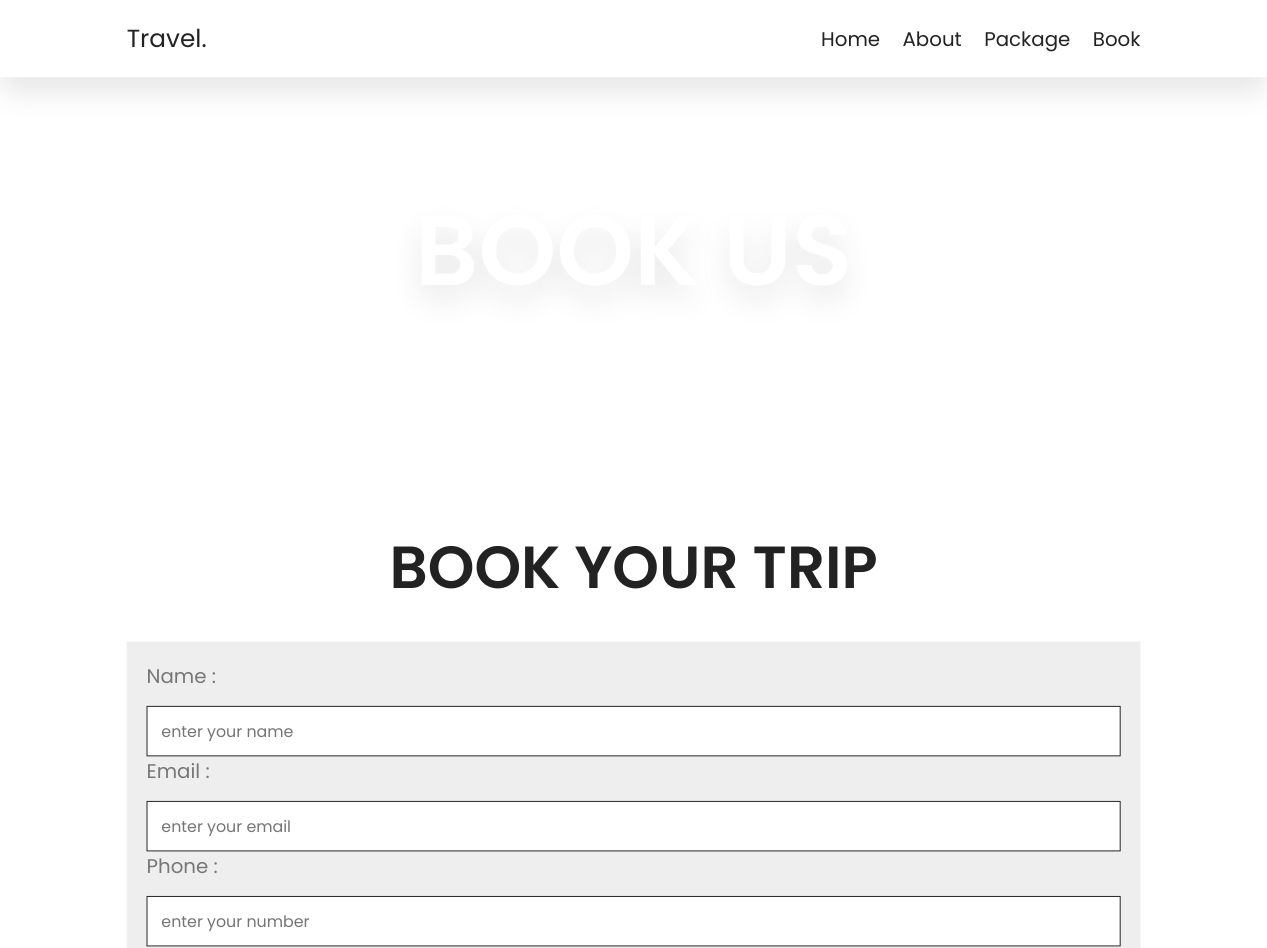
Repository: CTCuong/Traveloka-Web
Page: assets/book.html
The author's editor kept a copy of each file at every save. The page is drawn from the files as they stood at one save, then again after the next save.
The browser window is 1280 px wide. The pictures show the part of the page from y = 0 to 958 px (the page is 2212 px tall before and 1604 px after), at 99% of full size.
Pictures or frames that could not be fetched are drawn as grey boxes. Backgrounds fixed to the window are drawn as part of the page.

Above is the page before, as saved 2023-07-08 16:01:12.
Console error: TypeError: Cannot set properties of null (setting 'onclick')

### assets/book.html
<!DOCTYPE html>
<html lang="en">
<head>
    <meta charset="UTF-8">
    <meta name="viewport" content="width=device-width, initial-scale=1.0">
    <title>Book</title>
    <!--swiper css-->
    <link rel="stylesheet"href="https://cdn.jsdelivr.net/npm/swiper@9/swiper-bundle.min.css"/>
    <!--font awesome link-->
    <link rel="stylesheet" href="https://cdnjs.cloudflare.com/ajax/libs/font-awesome/6.4.0/css/all.min.css">
    <!-- css file link -->
    <link rel="stylesheet" href="/assets/css/style.css">
</head>
<body>
    <!-- header section starts -->
    <section class="header">
        <a href="home.html" class="logo">travel.</a>

        <nav class="navbar">
            <a href="home.html">Home</a>
            <a href="about.html">About</a>
            <a href="package.html">Package</a>
            <a href="book.html">Book</a>

        </nav>

        <div id="menu-btn" class="fas fa-bars"></div>
    </section>
    <!-- header section ends -->

    <div class="heading" style="background: url() no-repeat;">
        <h1>book us</h1>
    </div>

    <!--book section starts-->

    <section class="booking">

        <h1 class="heading-title">book your trip</h1>

        <form action="book_form.html" method="post" class="book-form">

            <div class="flex">
                <div class="inputBox">
                    <span>name :</span>
                    <input type="text" placeholder="enter your name" name="name">
                </div>
            </div>

            <div class="flex">
                <div class="inputBox">
                    <span>email :</span>
                    <input type="email" placeholder="enter your email" name="email">
                </div>
            </div>

            <div class="flex">
                <div class="inputBox">
                    <span>phone :</span>
                    <input type="number" placeholder="enter your number" name="number">
                </div>
            </div>

            <div class="flex">
                <div class="inputBox">
                    <span>address :</span>
                    <input type="text" placeholder="enter your address" name="address">
                </div>
            </div>

            <div class="flex">
                <div class="inputBox">
                    <span>where to :</span>
                    <input type="text" placeholder="place you want to visit" name="location">
                </div>
            </div>

            <div class="flex">
                <div class="inputBox">
                    <span>how many :</span>
                    <input type="number" placeholder="number of guests" name="guests">
                </div>
            </div>

            <div class="flex">
                <div class="inputBox">
                    <span>arrivals :</span>
                    <input type="date" name="arrivals">
                </div>
            </div>

            <div class="flex">
                <div class="inputBox">
                    <span>leaving :</span>
                    <input type="date" name="leaving">
                </div>
            </div>

            <input type="submit" value="submit" class="btn" name ="send">
        </form>
    </section>
    <!--book section ends-->


    <!-- footer section starts -->

    <section class="footer">
        <div class="box-container">

            <div class="box">
                <h3>quick links</h3>
                <a href="home.html"><i class="fas fa-angle-right"></i>Home</a>
                <a href="about.html"><i class="fas fa-angle-right"></i>About</a>
                <a href="package.html"><i class="fas fa-angle-right"></i>Package</a>
                <a href="book.html"><i class="fas fa-angle-right"></i>Book</a>
            </div>

            <div class="box">
                <h3>extra links</h3>
                <a href="#"><i class="fas fa-angle-right"></i> ask question</a>
                <a href="#"><i class="fas fa-angle-right"></i> about us</a>
                <a href="#"><i class="fas fa-angle-right"></i> privacy policy</a>
                <a href="#"><i class="fas fa-angle-right"></i> terms of use</a>
            </div>

            <div class="box">
                <h3>contract info</h3>
                <a href="#"><i class="fas fa-phone"></i> +84 098-326-789 </a>
                <a href="#"><i class="fas fa-phone"></i> +84 023-908-7865 </a>
                <a href="#"><i class="fas fa-envelope"></i> travekhanas@gmail.com </a>
                <a href="#"><i class="fas fa-map"></i> HaNoi, VietNam   </a>
            </div>

            <div class="box">
                <h3>follow us</h3>
                <a href="#"><i class="fab fa-facebook"></i> facebook </a>
                <a href="#"><i class="fab fa-twitter"></i> twitter </a>
                <a href="#"><i class="fab fa-instagram"></i> instagram </a>
                <a href="#"><i class="fab fa-telegram"></i> telegram </a>
            </div>

        </div>

        <div class="credit"> created by <span>mr. Cao Tran Cuong</span> | all rights reserved! </div>
    </section>
    <!-- footer section ends -->

    <!--swiper js-->
    <script src="https://cdn.jsdelivr.net/npm/swiper@9/swiper-bundle.min.js"></script>
    <!-- js file link -->
    <script src="/assets/js/scrip.js"></script>
</body>
</html>

### assets/css/style.css
@import url('https://fonts.googleapis.com/css2?family=Poppins:ital,wght@0,100;0,200;0,300;0,400;0,500;0,600;1,100;1,200;1,300;1,400;1,500;1,600&display=swap');

:root {
    --main-color:#6A5AF9;
    --black:#222;
    --white: #fff;
    --light-black:#777;
    --light-white:#fff9;
    --drak-bg:rgba(0,0,0,.7);
    --light-bg:#eee;
    --border: .1rem solid #222;
    --text-shadow:0 1.5rem 3rem rgba(0,0,0,.3);
    --box-shadow:0 1.5rem 3rem rgba(0,0,0,.1);
}
* {
    font-family: 'Poppins', sans-serif;
    margin: 0; padding: 0;
    outline: none;border: none;
    box-sizing: border-box;
    text-decoration: none;
    text-transform: capitalize;

}

html {
    font-size: 62.5%;
    overflow-x: hidden;
}

html::-webkit-scrollbar {
    width : 1rem;
}

html::-webkit-scrollbar-track {
    background-color: var(--white);
}

html::-webkit-scrollbar-thumb {
    background-color: var(--main-color);
}
section {
    padding: 5rem 10%;
}
.header {
    position: sticky;
    top:0; left: 0; right: 0;
    z-index: 1000;
    background-color: var(--white);
    display: flex;
    padding-top: 2rem;
    padding-bottom: 2rem;
    box-shadow: var(--box-shadow);
    align-items: center;
    justify-content:space-between;
}

.header .logo {
    font-size: 2.5rem;
    color: var(--black);
}

.header .navbar a {
    font-size: 2rem;
    margin-left: 2rem;
    color: var(--black);
}

#menu-btn {
    font-size: 2.5rem;
    color: var(--black);
    cursor: pointer;
    display: none;
}

.home {
    padding: 0;
}

.home .slide {
    text-align: center;
    padding: 2rem;
    display: flex;
    align-items: center;
    justify-content: center;
    background-size: cover !important;
    background-position: center !important;
    min-height: 60rem;
}

.home .slide .content {
    width: 85rem;
    display: none;
}

.home .swiper-slide-active .content {
    display: inline-block;
}

.home .slide .content span {
    display: block;
    font-size: 2.2rem;
    color: var(--light-white);
    padding-bottom: 1rem;
    animation:fadeIn .4s linear backwards .2s;
}

.home .slide .content h3 {
    font-size: 6vw;
    color: var(--white);
    text-transform: uppercase;
    line-height: 1;
    text-shadow: var(--text-shadow);
    padding: 1rem 0;
    animation:fadeIn .4s linear backwards .4s;
}

.home .slide .content .btn {
    animation:fadeIn .4s linear backwards .6s;
}


@keyframes fadeIn {
    0% {
        transform: scale(0);
        opacity: 0;
    }
}


.heading {
    background-size: cover !important;
    background-position: center !important;
    padding-top: 10rem;
    padding-bottom: 15rem;
    display: flex;
    align-items: center;
    justify-content: center;
}

.heading h1 {
    font-size: 10rem;
    text-transform: uppercase;
    color: var(--white);
    text-shadow: var(--box-shadow);
}

.about {
    display: flex;
    align-items: center;
    flex-wrap: wrap;
    gap:3rem;
}

.about .image {
    flex: 1 1 41rem;
}

.about .image img {
    width: 100%;
}

.about .content {
    flex: 1 1 41rem;
    text-align: center;
}

.about .content h3 {
    font-size: 3rem;
    color: var(--black);
}

.about .content p {
    font-size: 1.5rem;
    color: var(--light-black);
    line-height: 2;
    padding: 1rem 0;
}

.about .content .icons-container {
    margin-top: 2rem;
    display: flex;
    flex-wrap: wrap;
    gap :1.5rem;
    align-items: flex-end;
}

.about .content .icons-container .icons {
    background: var(--light-bg);
    padding: 2rem;
    flex: 1 1  10rem;
}

.about .content .icons-container .icons i {
    font-size: 4rem;
    margin-top: 2rem;
    color:  var(--main-color);
}

.about .content .icons-container .icons span {
    font-size: 1.5rem;
    color: var(--light-black);
    display: block;
}

.reviews {
    background: var(--light-bg);
}

.reviews .slide {
    padding: 2rem;
    border: var(--border);
    background: var(--white);
    text-align: center;
    box-shadow: var(--box-shadow);
    user-select: none;
}

.reviews .slide .stars i {
    font-size: 1.7rem;
    color: var(--main-color);
}

.reviews .slide p {
    font-size: 1.5rem;
    color: var(--light-black);
    line-height: 2;
    padding: 1rem 0;
}

.reviews .slide h3 {
    font-size: 2rem;
    color: var(--black);
}

.reviews .slide span {
    font-size: 1.5rem;
    color: var(--main-color);
    display: block;
}

.reviews .slide img {
    height: 7rem;
    width: 7rem;
    border-radius: 50%;
    object-fit: cover;
    margin-top: 1rem;
}

.reviews .slide .stars {
    padding-bottom: .5rem;
}




.btn {
    display: inline-block;
    background: var(--black);
    margin-top: 1rem;
    color: var(--white);
    font-size: 1.7rem;
    padding: 1rem 3rem;
    cursor: pointer;

}

.btn:hover {
    background: var(--main-color);
}

.home-about {
    display: flex;
    align-items: center;
    flex-wrap: wrap;
}

.home-about .image {
    flex: 1 1 41rem;
}

.home-about .image img {
    width: 100%;

}

.home-about .content {
    flex: 1 1 41rem;
    padding: 3rem;
    background: var(--light-bg);
}

.home-about .content h3 {
    font-size: 3rem;
    color: var(--black);
}

.home-about .content p {
    font-size: 1.5rem;
    padding: 1rem;
    line-height:2 ;
    color: var(--black);
}

.home-packages {
    background: var(--light-bg);
}

.home-packages .box-container .box {
    border: var(--border);
    box-shadow: var(--box-shadow);
    background: var(--white);
}

.home-packages .box-container {
    display: grid;
    grid-template-columns: repeat(auto-fit, minmax(30rem, 1fr));
    gap : 2rem;
}

.home-packages .box-container .box .image {
    height: 25rem;
    overflow: hidden;
}

.home-packages .box-container .box .image img {
    height: 100%;
    width: 100%;
    object-fit: cover;
    transition: .2s linear;
}

.home-packages .box-container .box:hover .image img {
    transform: scale(1.1);

}

.home-packages .box-container .box .content {
    padding: 2rem;
    text-align: center;

}

.home-packages .box-container .box .content h3 {
    font-size: 2.5rem;
    color: var(--black);
}

.home-packages .box-container .box .content p {
    font-size: 1.5rem;
    color: var(--light-black);
    line-height: 2;
    padding: 1rem 0;
}

.home-packages .load-more {
    text-align: center;
    margin-top: 2rem;
}

.home-offer {
    text-align: center;
}

.home-offer .content {
    max-width: 50rem;
    margin: 0 auto;
}

.home-offer .content h3 {
    font-size: 3.5rem;
    text-transform: uppercase;
    color: var(--black);
}

.home-offer .content p {
    font-size: 1.5rem;
    color: var(--black);
    line-height: 2;
    padding: 1rem 0;
}


.services .box-container {
    display: grid;
    grid-template-columns: repeat(auto-fit, minmax(16rem, 1fr));
    gap : 1.5rem;
}

.services .box-container .box {
    padding: 3rem 2rem;
    text-align: center;
    background: var(--main-color);
    cursor: pointer;
}


.services .box-container .box:hover {
    background: var(--black) ;
}

.services .box-container .box h3 {
    color: var(--white);
    font-size: 1,7rem;
    padding-top: 1rem;
}

.services .box-container .box img {
    height: 7rem;
}

.heading-title {
    text-align: center;
    margin-bottom: 3rem;
    font-size: 6rem;
    text-transform: uppercase;
    color: var(--black);
}

.packages .box-container .box {
    border: var(--border);
    box-shadow: var(--box-shadow);
    background: var(--white);
    display: none;
}

.packages .box-container .box:nth-child(1),
.packages .box-container .box:nth-child(2),
.packages .box-container .box:nth-child(3),
.packages .box-container .box:nth-child(4),
.packages .box-container .box:nth-child(5),
.packages .box-container .box:nth-child(6){
    display: inline-block;
}

.packages .box-container {
    display: grid;
    grid-template-columns: repeat(auto-fit, minmax(30rem, 1fr));
    gap : 2rem;
}

.packages .box-container .box .image {
    height: 25rem;
    overflow: hidden;
}

.packages .box-container .box .image img {
    height: 100%;
    width: 100%;
    object-fit: cover;
    transition: .2s linear;
}

.packages .box-container .box:hover .image img {
    transform: scale(1.1);

}

.packages .box-container .box .content {
    padding: 2rem;
    text-align: center;

}

.packages .box-container .box .content h3 {
    font-size: 2.5rem;
    color: var(--black);
}

.packages .box-container .box .content p {
    font-size: 1.5rem;
    color: var(--light-black);
    line-height: 2;
    padding: 1rem 0;
}

.packages .load-more {
    text-align: center;
    margin-top: 2rem;
}

.booking .book-form {
    padding: 2rem;
    background: var(--light-bg);
}

.booking .book-form .flex {
    display: flex;
    flex-wrap: wrap;
    gap:3rem;
}

.booking .book-form .flex .inputBox {
    flex:1 1 41rem;
}

.booking .book-form .flex .inputBox input {
    width: 100%;
    padding: 1.2rem 1.4rem;
    font-size: 1.6rem;
    color: var(--light-black);
    text-transform: none;
    margin-top: 1.5rem;
    border: var(--border);
}

.booking .book-form .flex .inputBox input:focus {
    background: var(--black);
    color: var(--white);
}

.booking .book-form .flex .inputBox input:focus::placeholder {
    color: var(--light-white);
}

.booking .book-form .flex .inputBox span {
    font-size: 2rem;
    color: var(--light-black);
}


























.footer {
    background:url(/assets/image/Footer/low-angle-nature-night-time.jpg) no-repeat;
    background-size: cover;
    background-position: center;
    background-attachment: fixed;
}

.footer .box-container {
    display: grid;
    grid-template-columns: repeat(auto-fit, minmax(25rem, 1fr));
    gap : 3rem;
}

.footer .box-container .box h3{
    color: var(--white);
    font-size: 2.5rem;
    padding-bottom: 2rem;
}

.footer .box-container .box a {
    color: var(--light-white);
    font-size: 1.5rem;
    padding-bottom: 1.5rem;
    display: block;
}

.footer .box-container .box a i {
    color: var(--main-color);
    padding-right: .5rem;
    transition: .2s linear ;
}

.footer .box-container .box a:hover i {
    padding-right: 2rem;
}

.footer .credit {
    text-align: center;
    padding-top: 3.5rem;
    margin-top: 3rem;
    border-top: .1rem solid var(--light-bg);
    font-size: 2rem;
    color: var(--white);
}

.footer .credit span {
    color:var(--main-color);
}



/* media queries */
@media (max-width:1200px) {

    section {
        padding: 3rem 5%;
    }

}

@media (max-width:991px) {

    html {
        font-size: 55%;
    }

    section {
        padding: 3rem 2rem;
    }

    .home .slide .content h3 {
        font-size: 10vw;
    }
}

@media (max-width:768px) {
    #menu-btn {
         display: inline-block;
         transition: .2s linear;
    }

    #menu-btn.fa-times {
        transform: rotate(180deg);
    }

    .header .navbar {
        position: absolute;
        top:99%; left:0; right:0;
        background-color: var(--white);
        border-top: var(--border);
        padding: 2rem;
        transition: .2s linear;
        clip-path: polygon(0 0, 100% 0, 100% 0, 0 0);
    }

    .header .navbar.active {
        clip-path: polygon(0 0, 100% 0, 100% 100%, 0 100%);
    }

    .header .navbar a {
        display:block;
        margin: 2rem;
        text-align: center ;
    }

}
@media (max-width:450px) {

    html {
        font-size: 50%;
    }

    .heading-title {
        font-size: 3.5rem;
    }

}

### assets/js/scrip.js
let menu = document.querySelector('#menu-btn');
let navbar = document.querySelector('.header .navbar');

menu.onclick = () =>{
    menu.classList.toggle('fa-times');
    navbar.classList.toggle('active');
};

window.onscroll = () => {
    menu.classList.remove('fa-times')
    navbar.classList.remove('active')

};

var swiper = new Swiper(".home-slider", {
  loop:true,
  navigation: {
    nextEl: ".swiper-button-next",
    prevEl: ".swiper-button-prev",
  },
});



var swiper = new Swiper(".reviews-slider", {
  slidesPerView: 3,
  spaceBetween:30,
  slidesPerGroup:3,
  loop:true,
  loopFillGroupWithBlank: true,
  pagination: {
    el:".swiper-pagination",
    clickable:true,
  },
  navigation: {
    nextEl:".swiper-button-next",
    prevEl:".swiper-button-prev",
  },
});

let loadMoreBtn = document.querySelector('.packages .load-more .btn');
let currentItem = 3;

loadMoreBtn.onclick = () =>{
  let boxes = [...document.querySelectorAll('.packages .box-container .box')];
  for (var i = currentItem; i < currentItem + 3; i ++){
    boxes[i].style.display = 'inline-block';
  };
  currentItem +=3;
  if(currentItem >=boxes.length){
    loadMoreBtn.style.display = 'none';
  }
}

After the next save:
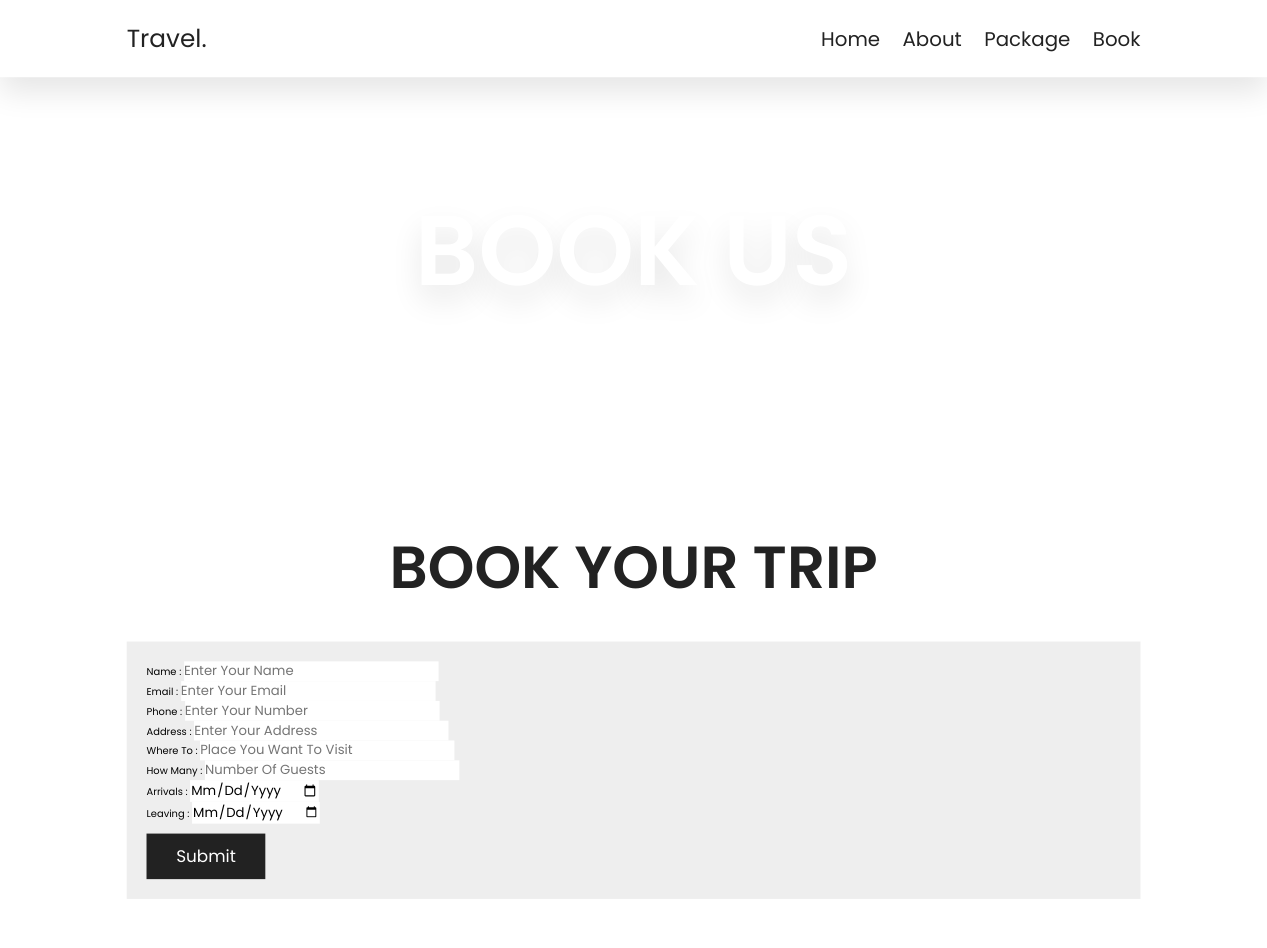
Saved 71 s later.
--- a/assets/css/style.css
+++ b/assets/css/style.css
@@ -489,33 +489,7 @@ section {
     gap:3rem;
 }
 
-.booking .book-form .flex .inputBox {
-    flex:1 1 41rem;
-}
-
-.booking .book-form .flex .inputBox input {
-    width: 100%;
-    padding: 1.2rem 1.4rem;
-    font-size: 1.6rem;
-    color: var(--light-black);
-    text-transform: none;
-    margin-top: 1.5rem;
-    border: var(--border);
-}
-
-.booking .book-form .flex .inputBox input:focus {
-    background: var(--black);
-    color: var(--white);
-}
-
-.booking .book-form .flex .inputBox input:focus::placeholder {
-    color: var(--light-white);
-}
-
-.booking .book-form .flex .inputBox span {
-    font-size: 2rem;
-    color: var(--light-black);
-}
+
 
 
 
